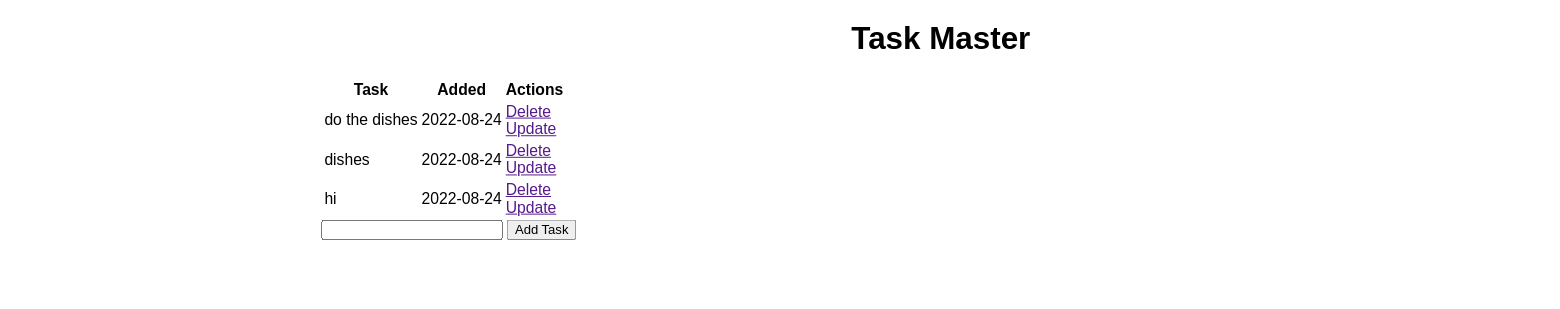
Repository: shaysnutss/FirstFlaskApp
Page: http://localhost/
An editor plug-in stored every save of this project. The page is shown before and after the next save, followed by the edit.
The browser window is 1280 px wide. The page is 1592 px wide, then 1280 px, so the pictures cover 1592 px, including what lies to the right of the window. The pictures show the whole page, at 98% of full size.
The page is served by the project's application, run on Flask 3 (app.py). The page reads the database file committed with the project.

Above is the page before, as saved 2022-08-25 01:57:44.

### templates/index.html
{% extends 'base.html' %}

{% block head %}

{% endblock %}

{% block body %}
<div class="content">
    <h1 style="text-align: center">Task Master</h1>
    <table>
        <tr>
            <th>Task</th>
            <th>Added</th>
            <th>Actions</th>
        </tr>
        {% for task in tasks %}
        <tr>
            <td>{{ task.content}}</td>
            <td>{{task.date_created.date()}}</td>
            <td>
                <a href="">Delete</a>
                <br>
                <a href="">Update</a>
            </td>
        </tr>
        {% endfor %}
    </table>
    <form action="/" method="POST">
        <input type="text" name="content" id="content">
        <input type="submit" value="Add Task">
    </form>

</div>
{% endblock %}

### templates/base.html
<!DOCTYPE html>
<html lang="en">
<head>
    <meta charset="UTF-8">
    <meta http-equiv="X-UA-Compatible" content="IE=edge">
    <meta name="viewport" content="width=device-width, initial-scale=1.0">
    <link rel="stylesheet" href="{{ url_for('static',filename='css/main.css')}}">
    {% block head %}{% endblock %}
</head>
<body>
    {% block body %}{% endblock %}
</body>
</html>

### app.py
from flask import Flask, redirect, render_template, request, url_for
from flask_sqlalchemy import SQLAlchemy
from datetime import datetime

app = Flask(__name__)

app.config['SQLALCHEMY_DATABASE_URI' ] = 'sqlite:///test.db'
db = SQLAlchemy(app)

class Todo(db.Model):
    id = db.Column(db.Integer, primary_key=True)
    content = db.Column(db.String(200), nullable=False)
    completed = db.Column(db.Integer, default=0)
    date_created = db.Column(db.DateTime, default=datetime.utcnow)

def __repr__(self):
    return '<Task %r> ' % self.id

@app.route('/', methods =['POST', 'GET'])
def index():
    if request.method == 'POST':
        task_content = request.form['content']
        new_task = Todo(content=task_content)
        try:
            db.session.add(new_task)
            db.session.commit()
            return redirect('/')
        except:
            return 'There was an issue adding your task'
    else:
        tasks = Todo.query.order_by(Todo.date_created).all()
        return render_template('index.html', tasks = tasks)

if __name__ == '__main__':
    app.run(debug=True)

### static/css/main.css
body {
    position: relative;
    left:25%;
    font-family: sans-serif;
}

### test.db (the tables this page reads, as SQL)
CREATE TABLE todo (
	id INTEGER NOT NULL, 
	content VARCHAR(200) NOT NULL, 
	completed INTEGER, 
	date_created DATETIME, 
	PRIMARY KEY (id)
);
INSERT INTO "todo" VALUES
(1, 'do the dishes', 0, '2022-08-24 17:51:53.681158'),
(2, 'dishes', 0, '2022-08-24 17:52:19.046907'),
(3, 'hi', 0, '2022-08-24 17:53:48.073268');

After the next save:
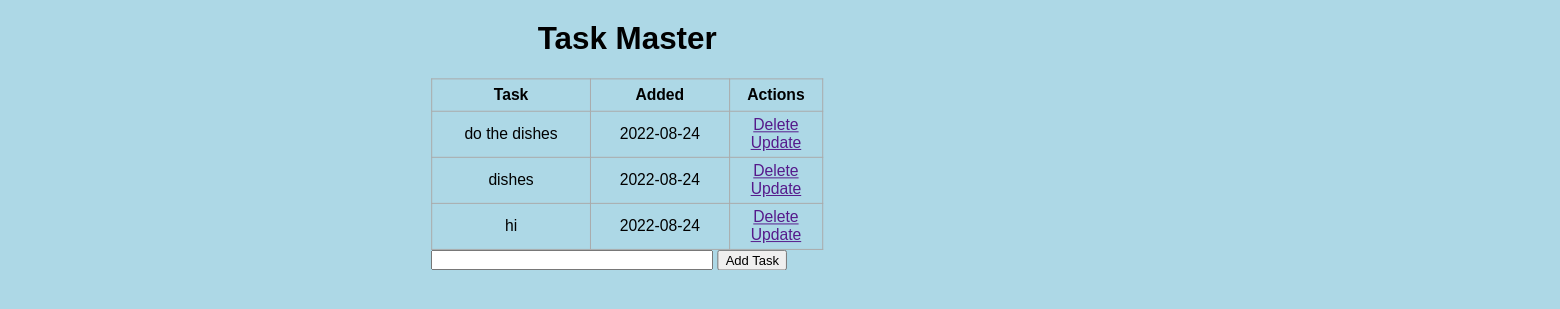
Saved 4 min 33 s later.
--- a/static/css/main.css
+++ b/static/css/main.css
@@ -1,5 +1,39 @@
-body {
-    position: relative;
-    left:25%;
+body,
+html {
+    margin: 0;
     font-family: sans-serif;
+    background-color: lightblue;
 }
+
+.content {
+    margin: 0 auto;
+    width: 400px;
+}
+
+table,
+td,
+th {
+    border: 1px solid #aaa;
+}
+
+table {
+    border-collapse: collapse;
+    width: 100%;
+}
+
+th {
+    height: 30px;
+}
+
+td {
+    text-align: center;
+    padding: 5px;
+}
+
+.form {
+    margin-top: 20px;
+}
+
+#content {
+    width: 70%;
+}
